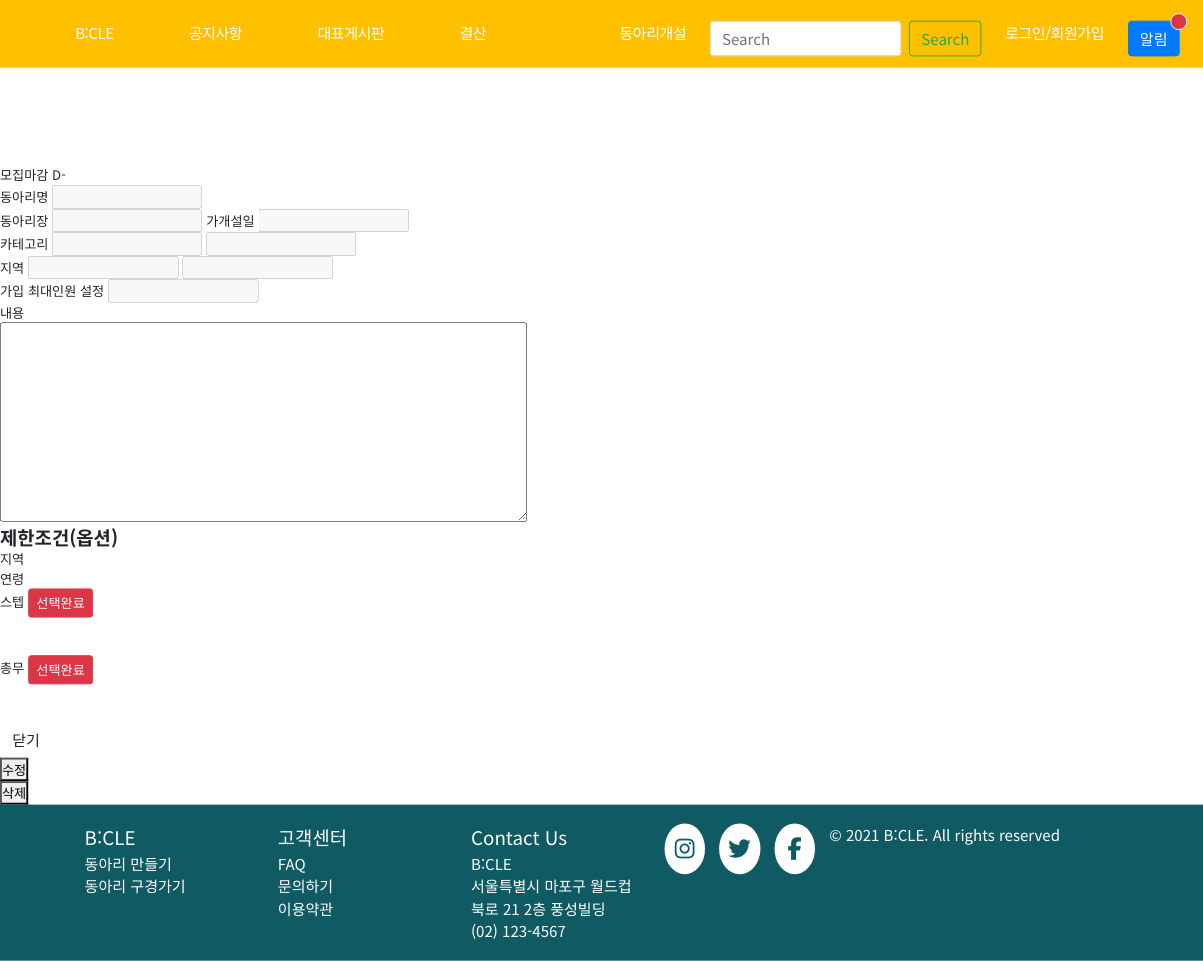
Repository: CHAEYUN7074/SpringProject
Page: http://localhost/viewpages/WEB-INF/view/ClubBeforeOpenedContents.jsp
These files come from the project's save history. The page is drawn as it stood at one moment and after the next save; the edit follows.
The browser window is 1280 px wide. The pictures show the whole page, at 94% of full size.
Some web fonts or font styles are not loaded; a fallback is used. Some web libraries are served in a nearby version. The page is served by Tomcat 9. Nobody is signed in. The template is opened directly, without the code that normally fills it, so the values that code supplies are empty.

Above is the page before, as saved 2021-12-27 13:58:53.

After the next save:
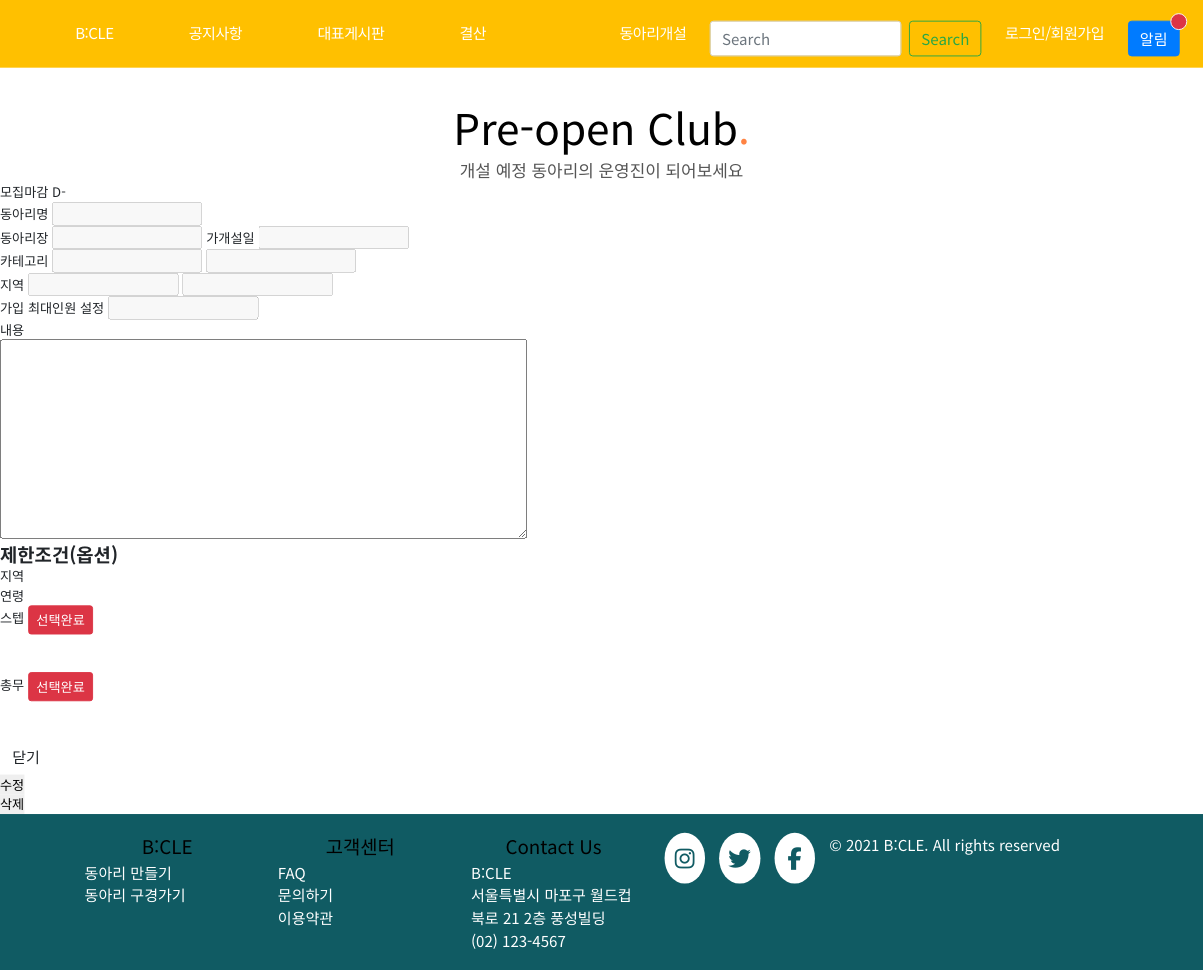
Saved 19 s later.
--- a/viewpages/WebContent/WEB-INF/view/ClubBeforeOpenedContents.jsp
+++ b/viewpages/WebContent/WEB-INF/view/ClubBeforeOpenedContents.jsp
@@ -9,6 +9,7 @@ String cp = request.getContextPath();
 <head>
 <meta charset="UTF-8">
 <title>ClubBeforeOpenedContents.jsp</title>
+<link rel="stylesheet" href="css/mainpage.css">
 <script type="text/javascript" src="http://code.jquery.com/jquery.min.js"></script>
 <script type="text/javascript" src="<%=cp%>/js/jquery-ui.js"></script>
 <script type="text/javascript" src="<%=cp%>/js/ajax.js"></script>
